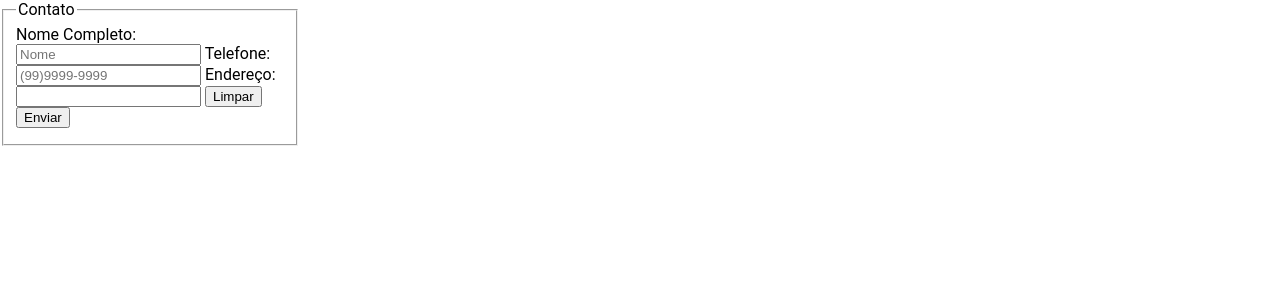
Repository: PedroViniciusVeiga/ProjetoColdigo
Page: exemploServlet/WebContent/contato.html
An editor plug-in stored every save of this project. The page is shown before and after the next save, followed by the edit.
The browser window is 1280 px wide. The pictures show the whole page.

Above is the page before, as saved 2021-04-07 02:27:35.

After the next save:
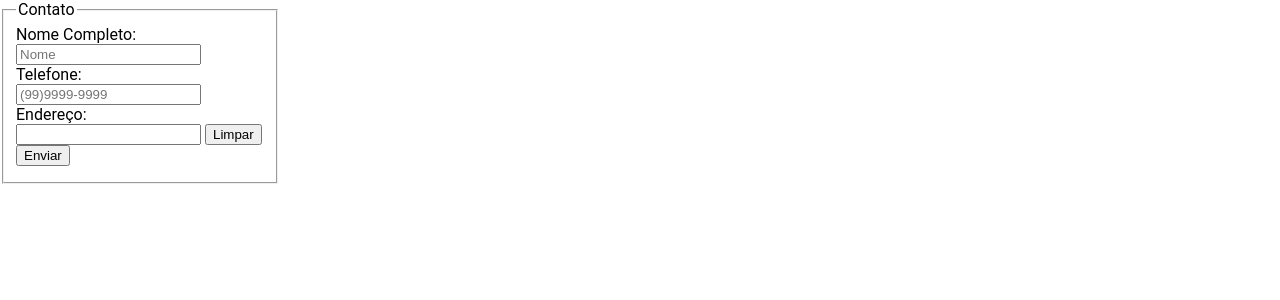
Saved 11 s later.
--- a/exemploServlet/WebContent/css/siteContato.css
+++ b/exemploServlet/WebContent/css/siteContato.css
@@ -16,6 +16,6 @@ section{
 
 .blocoForm{
 	float:left;
-	width: 300px;
+	width: 280px;
 	height: 400px;
 }
